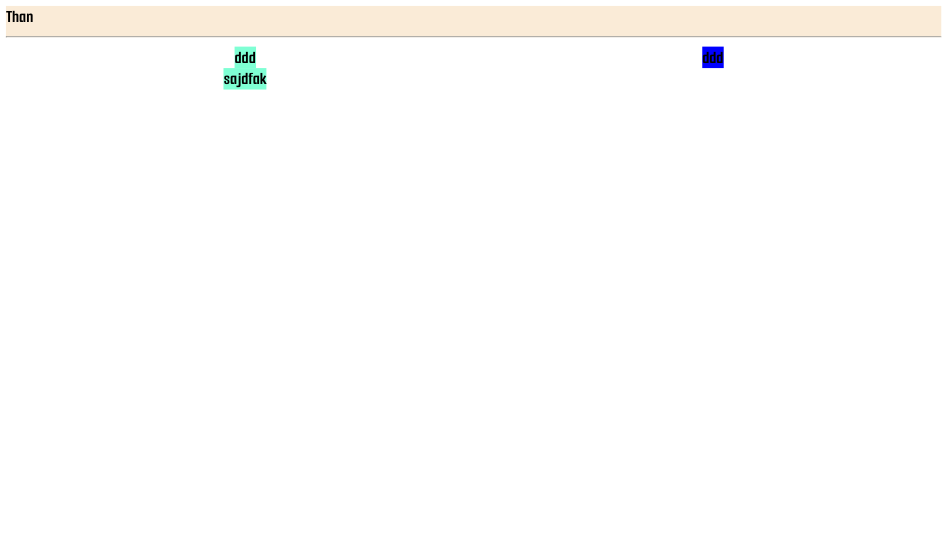
Repository: Than-dot/Than-dot
Page: index.html
The author's editor kept a copy of each file at every save. The page is drawn from the files as they stood at one save, then again after a run of saves.
The browser window is 1280 px wide. The pictures show the whole page, at 74% of full size.

Above is the page before, as saved 2026-04-22 12:31:02.

After the next 2 saves:
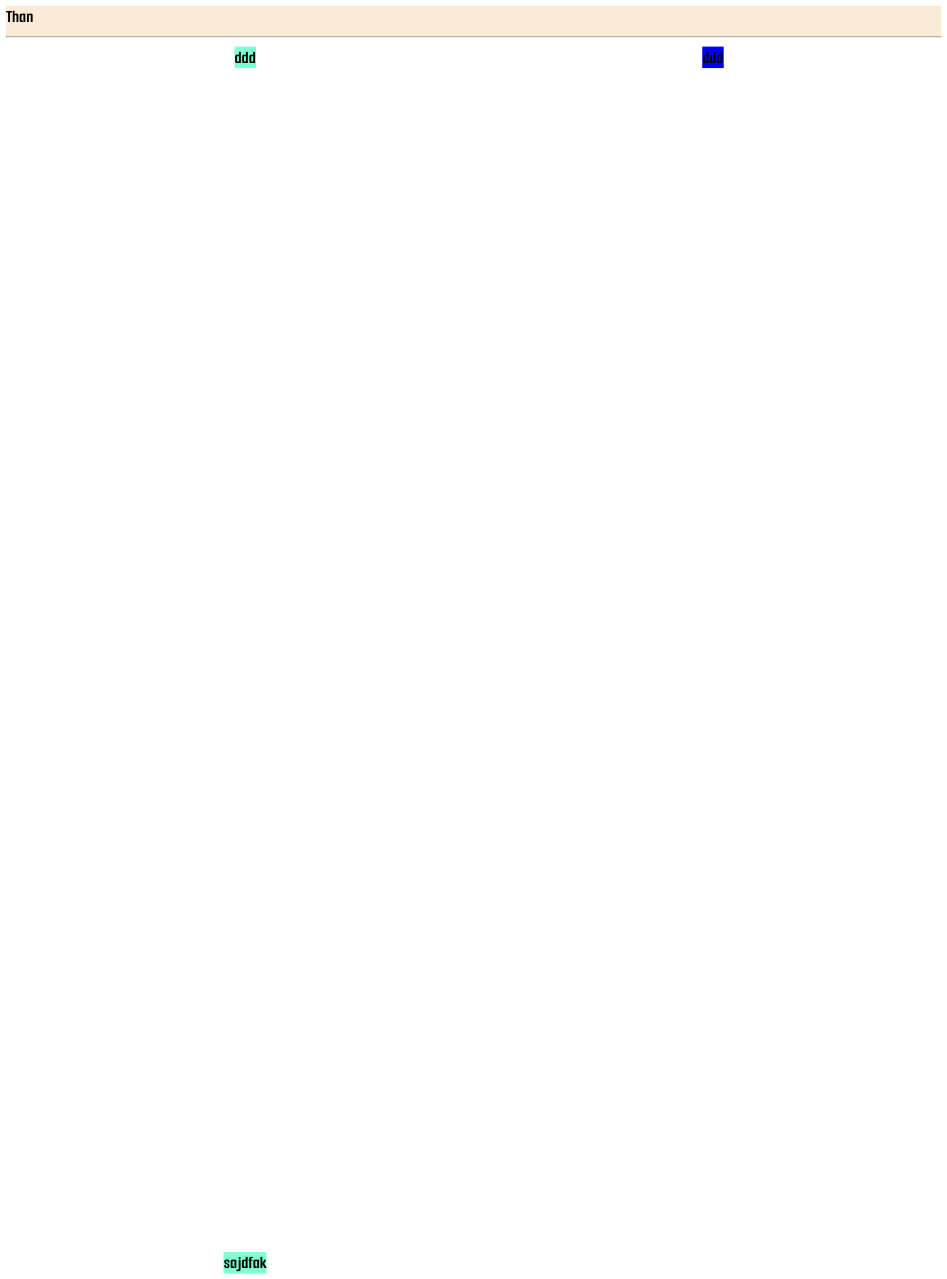
The 2 saves are shown as one change because they came seconds apart.
The last was saved 12 s later.
--- a/styles/index.css
+++ b/styles/index.css
@@ -18,4 +18,5 @@
 }
 
 .stats {
+  margin-top: 100rem;
 }

After the 2 saves that followed:
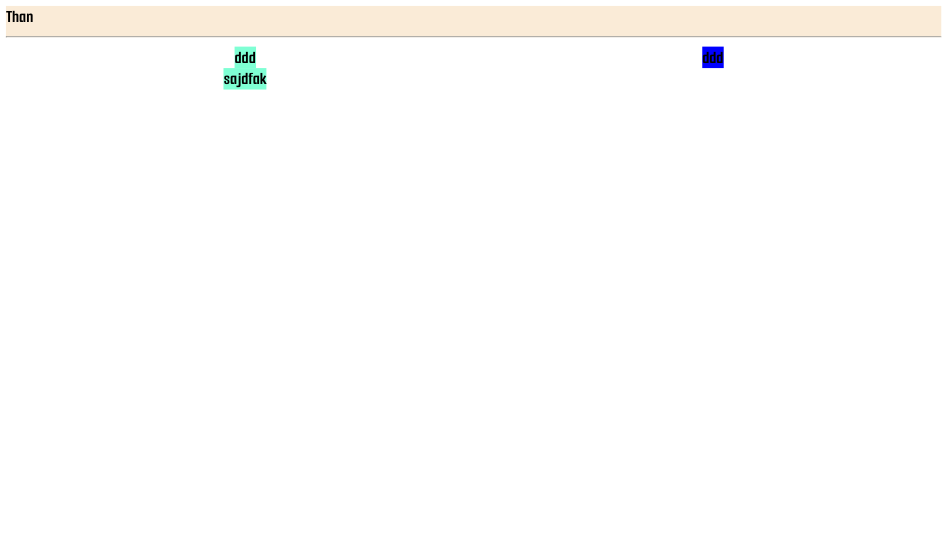
The 2 saves are shown as one change because they came seconds apart.
The last was saved 11 s later.
--- a/styles/index.css
+++ b/styles/index.css
@@ -18,5 +18,5 @@
 }
 
 .stats {
-  margin-top: 100rem;
+  margin-top: auto;
 }
